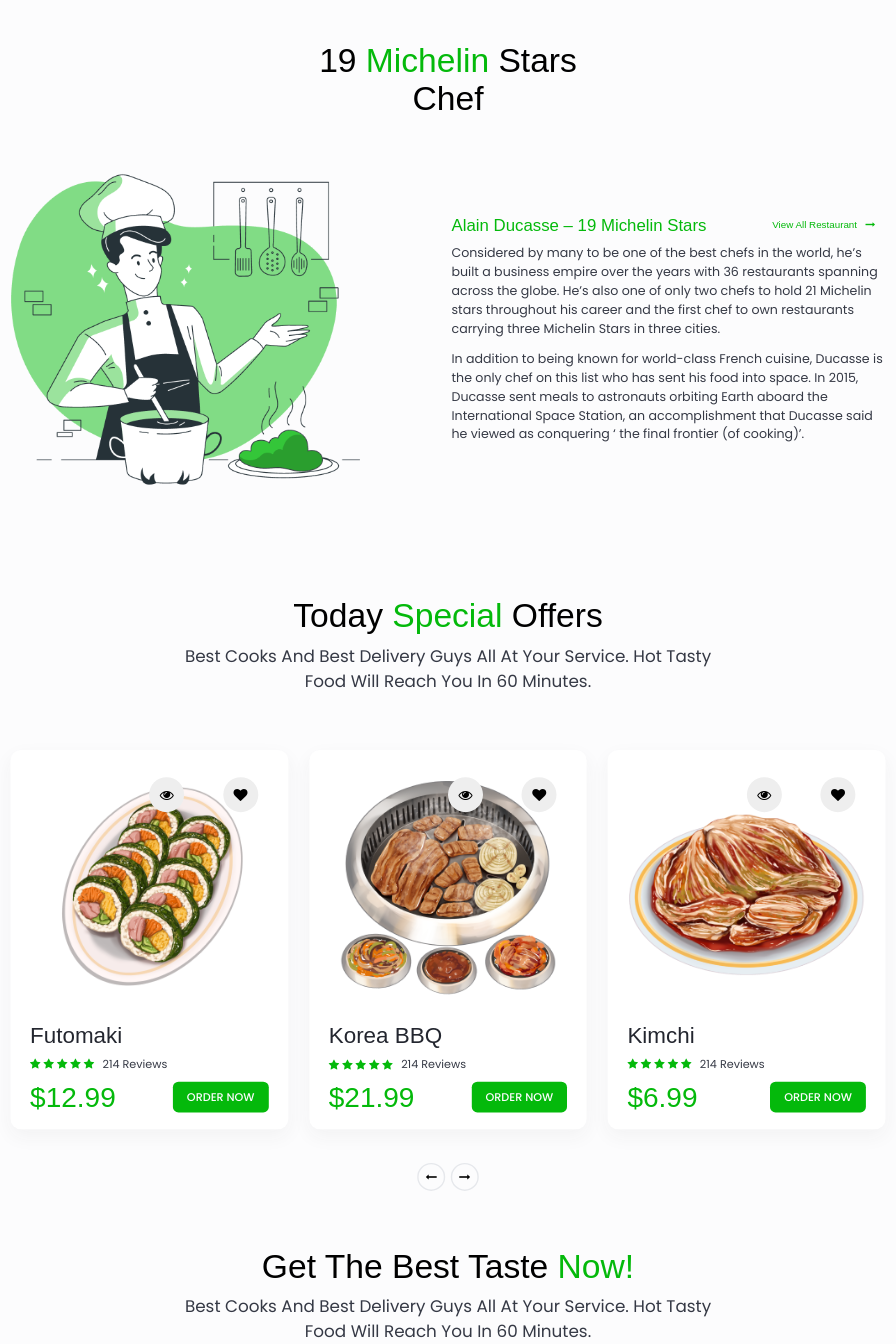
Repository: Toan3333/fooz
Page: index.html
The author's editor kept a copy of each file at every save. The page is drawn from the files as they stood at one save, then again after the next save.
The browser window is 1280 px wide. The pictures show the part of the page from y = 1566 to 3486 px (the page is 3486 px tall), at 70% of full size.
Some web fonts or font styles are not loaded; a fallback is used.

Above is the page before, as saved 2023-05-19 11:19:28.

After the next save:
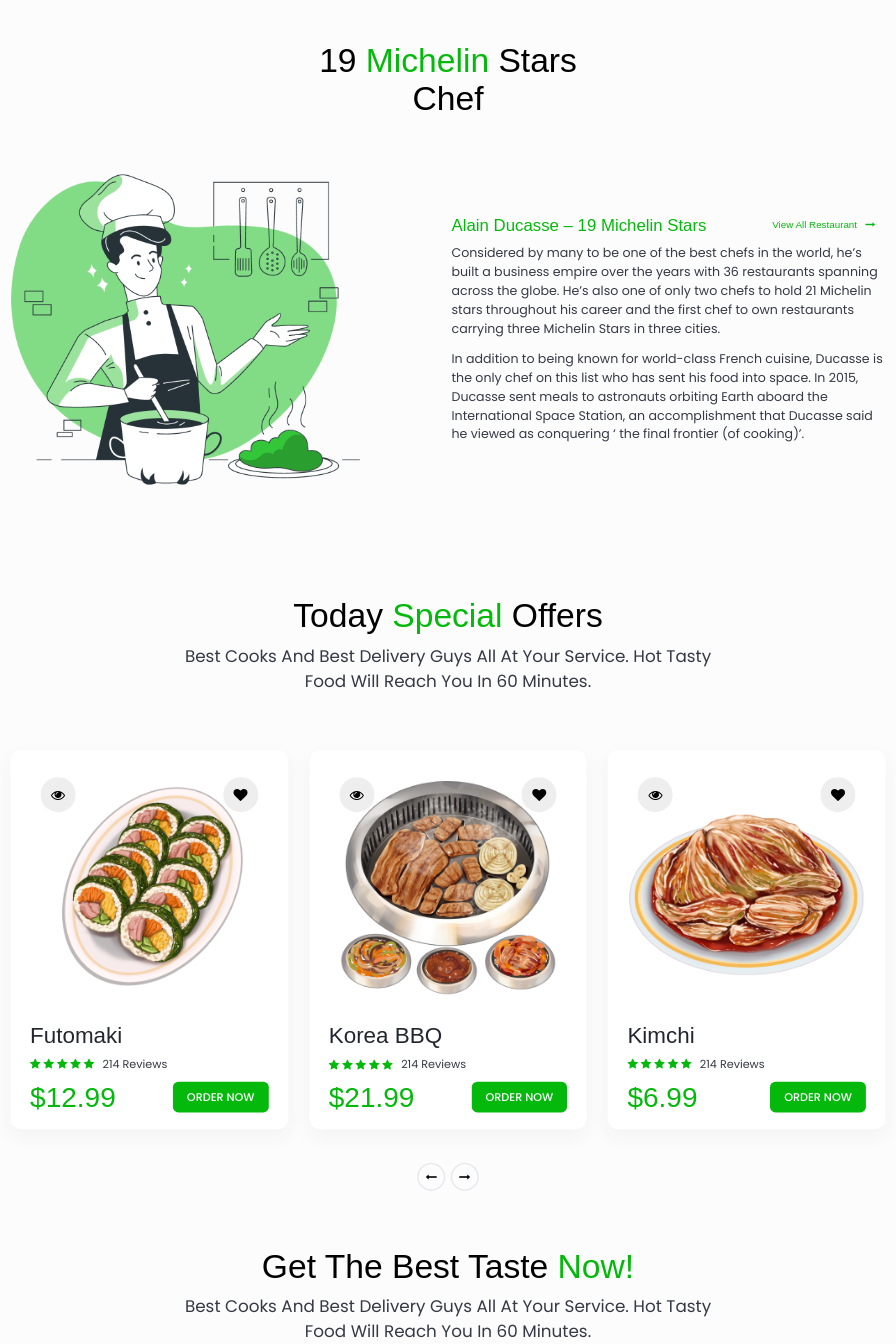
Saved 15 s later.
--- a/assets/css/style.css
+++ b/assets/css/style.css
@@ -365,6 +365,9 @@
 .special-image .fa-heart {
   right: 15px;
 }
+.special-image .fa-eye {
+  left: 15px;
+}
 
 .special-image img {
   width: 100%;
